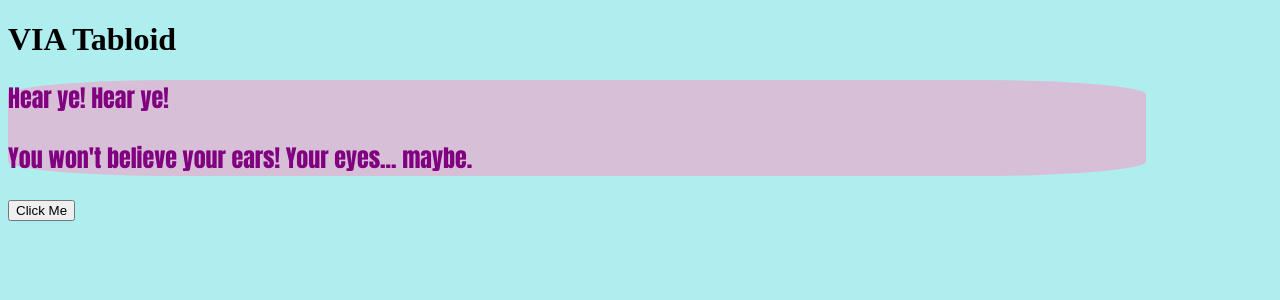
Repository: pimbp/doc_assign
Page: Frontend/index.html
The author's editor kept a copy of each file at every save. The page is drawn from the files as they stood at one save, then again after the next save.
The browser window is 1280 px wide. The pictures show the whole page.

Above is the page before, as saved 2026-02-25 16:43:30.

### Frontend/index.html
<!DOCTYPE html>
<html>
<head>
    <link rel="stylesheet" href="style/fancy.css">
</head>
<body>
    <h1>VIA Tabloid</h1>
    <div id="sensational">

        Hear ye! Hear ye!
        <p>
            You won't believe your ears! Your eyes... maybe.
        </p>

    </div>
    <button onclick="myFunction()">Click Me</button>
    <script src="functions/funct.js"></script>
</body>
</html>

### Frontend/style/fancy.css
body { background-color: paleturquoise; }

#sensational {
    font-family: Impact, Haettenschweiler, 'Arial Narrow Bold', sans-serif;
    font-size: 24px;
    color: purple;
    font-weight: bold;

    max-width: 90%;
    background-color: thistle;
    border-radius: 15%;
}
#sensational.p {
    font-family: 'Courier New', Courier, monospace;
    font-size: 18px;
    color: violet;
}

### Frontend/functions/funct.js
function myFunction() { alert('Connected!'); }

After the next save:
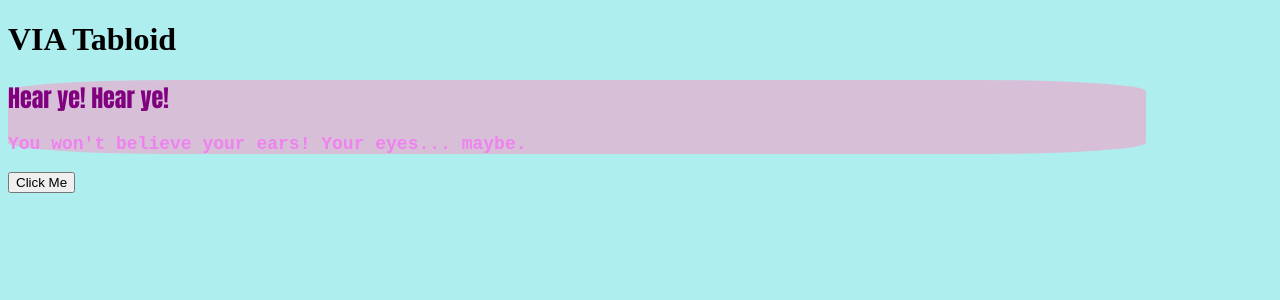
Saved 79 min 1 s later.
--- a/Frontend/style/fancy.css
+++ b/Frontend/style/fancy.css
@@ -10,7 +10,7 @@ body { background-color: paleturquoise; }
     background-color: thistle;
     border-radius: 15%;
 }
-#sensational.p {
+#sensational p {
     font-family: 'Courier New', Courier, monospace;
     font-size: 18px;
     color: violet;
